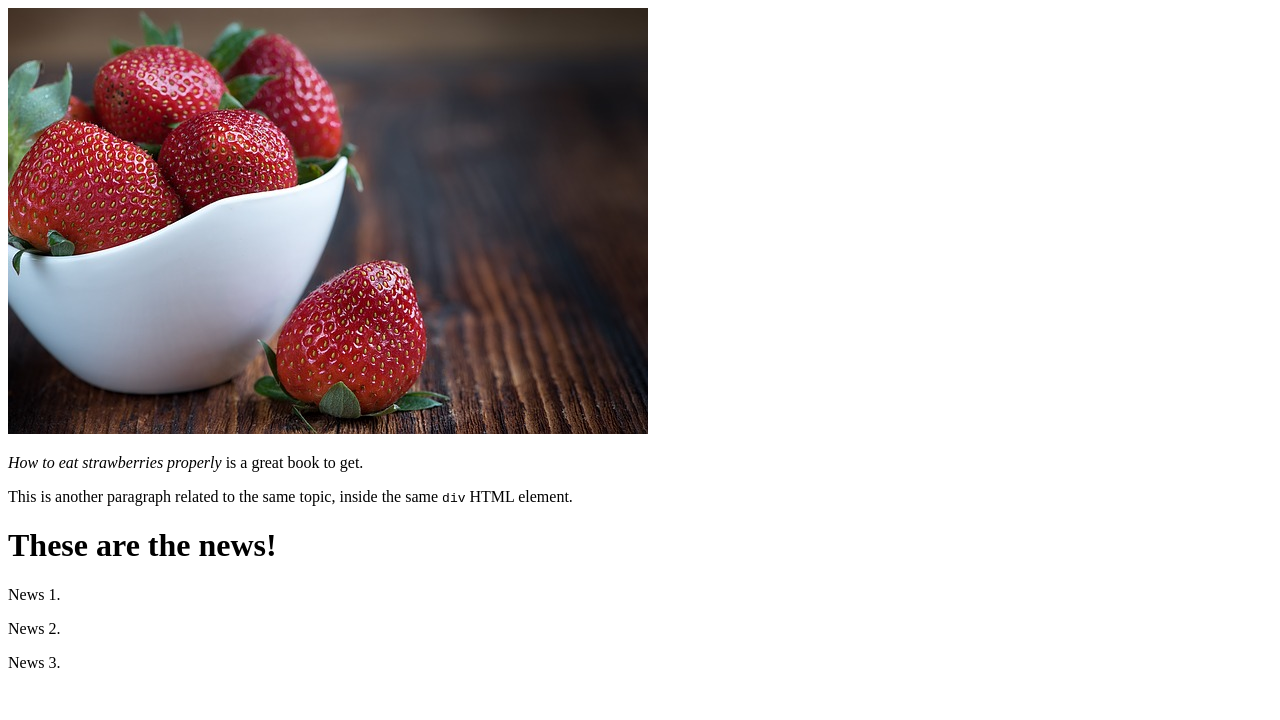
Repository: Colo-Codes/code-practice
Page: 01-html-practice-5.html
The author's editor kept a copy of each file at every save. The page is drawn from the files as they stood at one save, then again after the next save.
The browser window is 1280 px wide. The pictures show the whole page.

Above is the page before, as saved 2021-04-23 11:52:57.

### 01-html-practice-5.html
<!DOCTYPE html>
<html lang="en">
<head>
    <meta charset="UTF-8">
    <meta http-equiv="X-UA-Compatible" content="IE=edge">
    <meta name="viewport" content="width=device-width, initial-scale=1.0">
    <title>Div and span elements</title>
</head>
<body>
    <div class="listing">
        <img src="assets/img/strawberry-1330459_640.jpg" alt="Red, ready to eat, strawberries">
        <p><cite>How to eat strawberries properly</cite> is a great book to get.</p>
        <p>This is another paragraph related to the same topic, inside the same <code>div</code> HTML element.</p>
    </div>
    <div class="news">
        <h1>These are the news!</h1>
        <p>News 1.</p>
        <p>News 2.</p>
        <p>News 3.</p>
    </div>
</body>
</html>

After the next save:
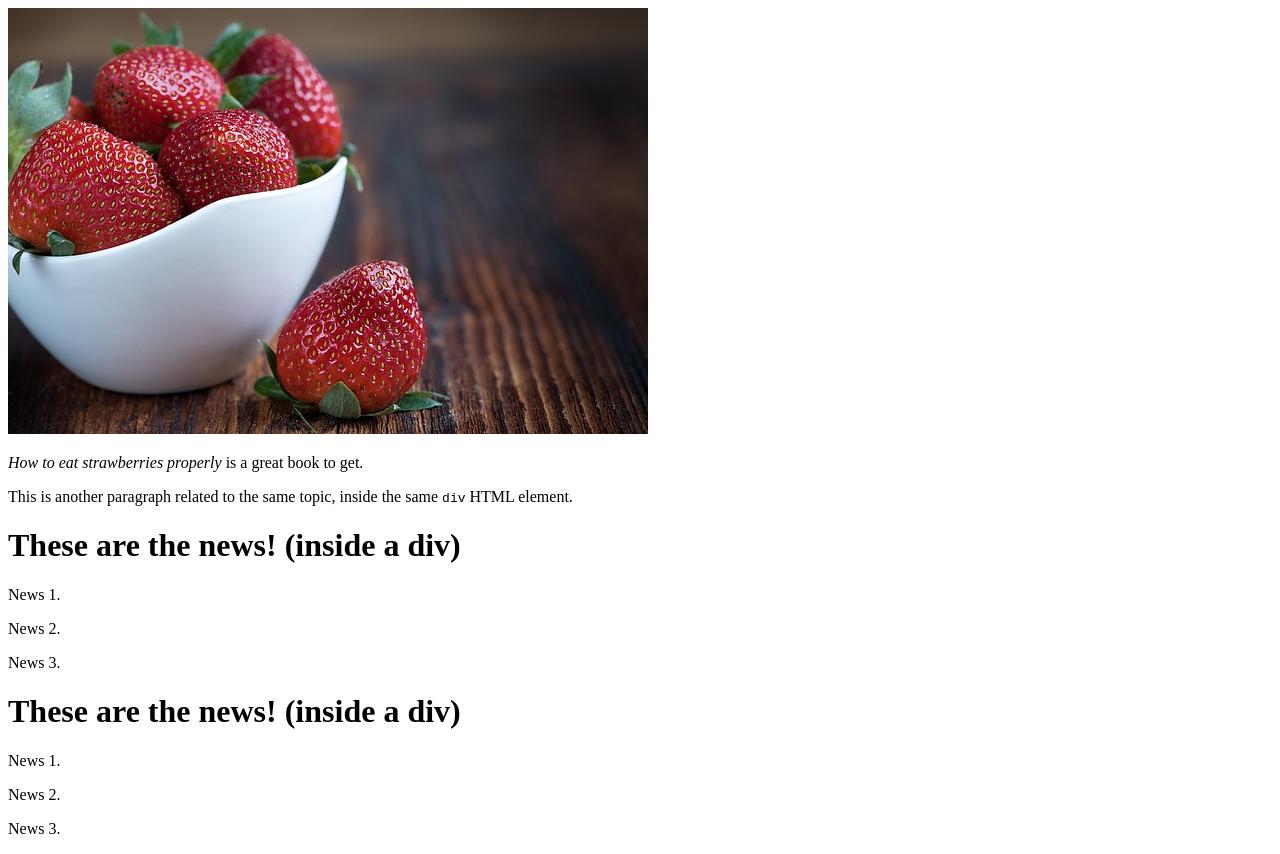
Saved 22 s later.
--- a/01-html-practice-5.html
+++ b/01-html-practice-5.html
@@ -13,7 +13,13 @@
         <p>This is another paragraph related to the same topic, inside the same <code>div</code> HTML element.</p>
     </div>
     <div class="news">
-        <h1>These are the news!</h1>
+        <h1>These are the news! (inside a div)</h1>
+        <p>News 1.</p>
+        <p>News 2.</p>
+        <p>News 3.</p>
+    </div>
+    <div class="news">
+        <h1>These are the news! (inside a div)</h1>
         <p>News 1.</p>
         <p>News 2.</p>
         <p>News 3.</p>
